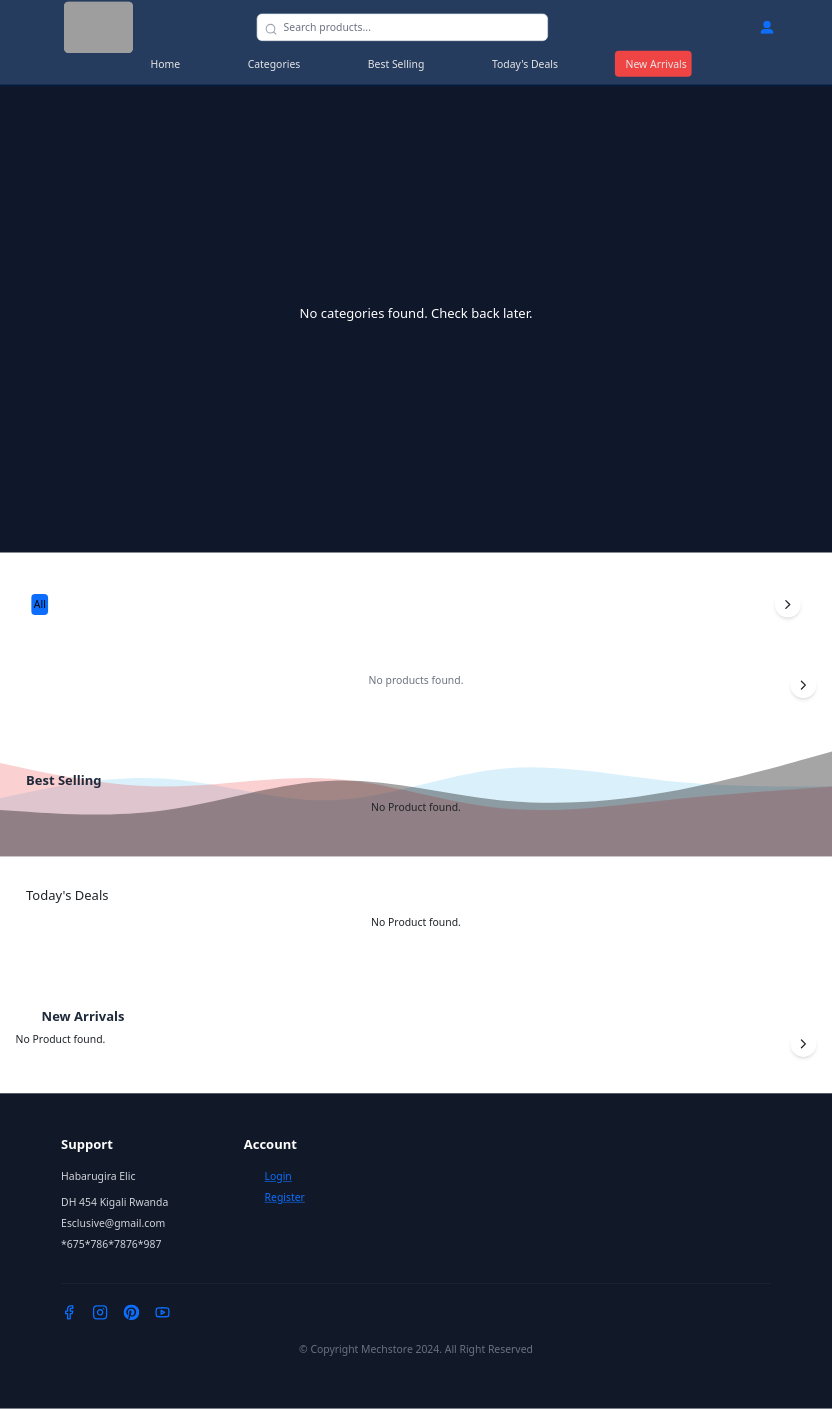
Repository: magicdeveloper250/future
Page: / (app in frontend/)
An editor plug-in stored every save of this project. The page is shown before and after the next save, followed by the edit.
The browser window is 1280 px wide. The pictures show the whole page, at 65% of full size.
Pictures or frames that could not be fetched are drawn as grey boxes. The page's requests for data from a server got no answer. The project was rebuilt for these pictures with package versions that can differ from the ones it lists, and the page was loaded fresh each time. No one was signed in, and anything a server would have sent is missing. Also part of the build but not shown: frontend/vite.config.js, frontend/src/hooks/useUser.js, frontend/src/components/Sidebar.jsx, frontend/src/components/Header.jsx, frontend/src/pages/DashboardPage.jsx, frontend/src/pages/ProductPage.jsx, frontend/src/components/ProductT.jsx, frontend/src/components/Card.jsx and 18 more.

Above is the page before, as saved 2025-03-26 15:47:12.

### frontend/src/index.css
@import url('https://fonts.googleapis.com/css2?family=Lexend:wght@100..900&display=swap');

@tailwind base;
@tailwind components;
@tailwind utilities;
@layer utilities {
    .no-scrollbar::-webkit-scrollbar {
      display: none;
    }
    .no-scrollbar {
      -ms-overflow-style: none;
      scrollbar-width: none;
    }
  }

.index-nav-container{
    display: flex;
    flex-direction: column;
}
.navbar-brand{
    width: 100px;
    height: 50px;
}
.main-container{
display: flex;
flex-direction: column;
margin-top: 130px;
}
.hero{
    display: flex;
    justify-content: space-between;
}
#categories{
    display: flex;
    justify-content: center;
    align-items: center;

}

.orders-container {
    width: 100%;
    display: grid;
    grid-template-columns: repeat(auto-fit, minmax(250px, 1fr));
    place-items: center;
    gap: 1em;
}
.arrivals-container {
    width: 100%;
    display:  flex;
    justify-content: center;
    flex-wrap: wrap;
    align-items: center;

    gap: 1em;
}

@media (max-width: 768px) {
    .main-container {
      display: flex;
      flex-direction: column;
      margin-top: 80px;
    }
  }

### frontend/src/pages/HomePage.jsx
import Sidebar from "../components/Sidebar"
import Card from "../components/Card"
import { BsBag, BsTruck, BsCart4 } from "react-icons/bs";
import FantasticHomeNavbar from "../components/FantasticHomeNavbar/FantasticHomeNavbar"
import Categories from "../components/Categories/Categories"
import NewArrivals from "../components/NewArrivals/NewArrivals"
import HeroCarousel from "../components/HeroCarousel/HeroCarousel";
import Footer from "../components/Footer";
import BestSelling from "../components/BestSelling";
import TodayDeals from "../components/TodayDeals";
function HomePage() {
  return  <>
          <section id="header">
              <FantasticHomeNavbar/>
          </section>

          <div className="main-container">
              <div id="hero" className="flex justify-between">

                   <HeroCarousel/>
              </div>
              <section id="categories">
              <Categories/>
              </section>

              <section id="best-selling">
                <BestSelling/>
              </section>

              <section id="today-deals">
                <TodayDeals/>
              </section>
              <section id="new-arrivals">
                <NewArrivals/>

              </section>
              <section id="footer">
                <Footer/>
              </section>
          </div>




  </>
}

export default HomePage

### frontend/src/contexts/ErrorContext.jsx
import { createContext, useState } from "react";
const ErrorContext = createContext(null);
export const ErrorContextProvider = ({ children }) => {
  const [error, setError] = useState();
  return (
    <ErrorContext.Provider value={{ error, setError }}>
      {children}
    </ErrorContext.Provider>
  );
};

export default ErrorContext;

### frontend/src/contexts/ToastContext.jsx
import { Children, createContext, useState } from "react";

const ToastContext = createContext(null);

export const ToastProvider = ({ children }) => {
  const [toastMessage, setToastMessage] = useState();
  return (
    <ToastContext.Provider value={{ toastMessage, setToastMessage }}>
      {children}
    </ToastContext.Provider>
  );
};

export default ToastContext;

### frontend/src/components/Toast.jsx
import { useEffect, useState } from "react";
import useToast from "../hooks/useToast";

const ToastContainer = ({ position = "bottom-end", className, children }) => {
  const positionClasses = {
    "top-start": "top-0 left-0",
    "top-center": "top-0 left-1/2 -translate-x-1/2",
    "top-end": "top-0 right-0",
    "middle-start": "top-1/2 left-0 -translate-y-1/2",
    "middle-center": "top-1/2 left-1/2 -translate-x-1/2 -translate-y-1/2",
    "middle-end": "top-1/2 right-0 -translate-y-1/2",
    "bottom-start": "bottom-0 left-0",
    "bottom-center": "bottom-0 left-1/2 -translate-x-1/2",
    "bottom-end": "bottom-0 right-0",
  };

  return (
    <div className={`fixed p-3 z-50 ${positionClasses[position]} ${className}`}>
      {children}
    </div>
  );
};

const Toast = ({ onClose, show, delay, autohide, bg, children }) => {
  const bgColors = {
    success: "bg-green-500 text-white",
    danger: "bg-red-500 text-white",
    warning: "bg-yellow-500 text-black",
    info: "bg-blue-500 text-white",
    primary: "bg-blue-600 text-white",
    secondary: "bg-gray-600 text-white",
    light: "bg-gray-100 text-black",
    dark: "bg-gray-800 text-white",
  };

  useEffect(() => {
    if (show && autohide) {
      const timer = setTimeout(() => {
        onClose();
      }, delay);
      return () => clearTimeout(timer);
    }
  }, [show, autohide, delay, onClose]);

  if (!show) return null;

  return (
    <div
      className={`
        rounded shadow-lg min-w-[200px] max-w-[350px]
        transition-opacity duration-300 ease-in-out
        ${bgColors[bg] || bgColors.light}
      `}
    >
      <div className="relative">
        <button
          onClick={onClose}
          className="absolute right-2 top-2 text-current opacity-70 hover:opacity-100"
        >
          ×
        </button>
        <div className="p-3">
          {children}
        </div>
      </div>
    </div>
  );
};

function MyToast() {
  const { toastMessage } = useToast();
  const [show, setShow] = useState(false);

  useEffect(() => {
    setShow(true);
  }, [toastMessage]);

  return (
    toastMessage && (
      <ToastContainer position="bottom-end" className="p-3">
        <Toast
          onClose={() => setShow(false)}
          show={show}
          delay={3000}
          autohide
          bg={toastMessage.variant.toLowerCase()}
        >
          <div>{toastMessage.message}</div>
        </Toast>
      </ToastContainer>
    )
  );
}

export default MyToast;

### frontend/src/contexts/userSessionContext.jsx
import { createContext, useState } from "react";

const userSessionContext = createContext({});
export const AuthProvider = ({ children }) => {
  const [auth, setAuth] = useState();
  return (
    <userSessionContext.Provider value={{ auth, setAuth }}>
      {children}
    </userSessionContext.Provider>
  );
};
export default userSessionContext;

### frontend/src/contexts/MessagesContext.jsx
import { createContext, useState } from "react";

const MessagesContext = createContext(null);

export const MessagesProvider = ({ children }) => {
  const [newMessage, setMessage] = useState([]);
  const setNewMessage = (message) => {
    setMessage((prev) => {
      const isDuplicate = prev.some(msg =>
        JSON.stringify(msg) === JSON.stringify(message)
      );
      return isDuplicate ? prev : [...prev, message];
    });
  };
  const clearMessages = () => {
    setMessage([]);
  };
  return (
    <MessagesContext.Provider value={{ newMessage, setNewMessage, clearMessages }}>
      {children}
    </MessagesContext.Provider>
  );
};

export default MessagesContext;

### frontend/src/components/MessageToast.jsx
import React, { useEffect, useState, useRef } from 'react';
import { X } from 'lucide-react';
import useMessages from '../hooks/useMessages';

const ToastContainer = ({ position = 'bottom-end', children }) => {
  const positionClasses = {
    'top-start': 'top-4 left-4',
    'top-center': 'top-4 left-1/2 -translate-x-1/2',
    'top-end': 'top-4 right-4',
    'middle-start': 'top-1/2 left-4 -translate-y-1/2',
    'middle-center': 'top-1/2 left-1/2 -translate-x-1/2 -translate-y-1/2',
    'middle-end': 'top-1/2 right-4 -translate-y-1/2',
    'bottom-start': 'bottom-4 left-4',
    'bottom-center': 'bottom-4 left-1/2 -translate-x-1/2',
    'bottom-end': 'bottom-4 right-4',
  };

  return (
    <div className={`fixed z-50 ${positionClasses[position]}`}>
      {children}
    </div>
  );
};

const Toast = ({ onClose, show, delay = 3000, autohide = true, variant = 'info', title, children, sound = '/notification.mp3' }) => {
  const audioRef = useRef(null);
  const variants = {
    success: 'bg-green-500 text-white',
    danger: 'bg-red-500 text-white',
    warning: 'bg-yellow-500 text-black',
    info: 'bg-blue-500 text-white',
    primary: 'bg-blue-600 text-white',
    secondary: 'bg-gray-600 text-white',
    light: 'bg-gray-100 text-black',
    dark: 'bg-gray-800 text-white',
  };

  useEffect(() => {
    if (show) {
      audioRef.current?.play().catch(err => console.log('Audio playback failed:', err));

      if (autohide) {
        const timer = setTimeout(() => {
          onClose();
        }, delay);
        return () => clearTimeout(timer);
      }
    }
  }, [show, autohide, delay, onClose]);

  if (!show) return null;

  return (
    <>
      <audio ref={audioRef} src={sound} />
      <div className={`
        transform transition-all duration-300 ease-in-out
        ${show ? 'translate-y-0 opacity-100' : 'translate-y-2 opacity-0'}
        min-w-[320px] max-w-md rounded-lg shadow-lg
        ${variants[variant]}
      `}>
        <div className="relative flex flex-col">
          {title && (
            <div className="px-4 py-2 border-b border-white/20 font-semibold">
              {title}
            </div>
          )}
          <div className="flex items-center p-4">
            <div className="flex-1 mr-4">
              {children}
            </div>
            <button
              onClick={onClose}
              className="p-1 rounded-full hover:bg-black/10 transition-colors duration-200"
              aria-label="Close notification"
            >
              <X className="w-4 h-4" />
            </button>
          </div>
        </div>
      </div>
    </>
  );
};

const MessageToast = () => {
  const { newMessage } = useMessages();
  const [show, setShow] = useState(false);

  useEffect(() => {
    if (newMessage.at(-1)?.message) {
      setShow(true);
    }
  }, [newMessage]);

  return (
    newMessage && (
      <ToastContainer position="bottom-end">
        <Toast
          show={show}
          onClose={() => setShow(false)}
          delay={3000}
          variant="info"
          title="New Message"
          sound="/notification.mp3"
        >
          <div className="font-medium">
            {newMessage.at(-1)?.message}
          </div>
        </Toast>
      </ToastContainer>
    )
  );
};

export default MessageToast;

### frontend/src/Layouts/SearchLayout.jsx
import { useEffect } from "react";
import { Outlet } from "react-router";
import useToast from "../hooks/useToast";
import axios from "../API/axios";
import useSearch from "../hooks/useSearch";

function SearchLayout() {
    const { setProducts } = useSearch();
    const { setToastMessage } = useToast();

    const getProducts = async () => {
        try {
            const resp = await axios.get("/api/product/viewAll-product");
            setProducts(resp.data);
        } catch (error) {
            setToastMessage({
                variant: "danger",
                message: "Failed to fetch data"
            });
        }
    };

    useEffect(() => {
        getProducts();
        const intervalId = setInterval(getProducts, 300000);
        return () => {
            clearInterval(intervalId);
        };
    }, []);

    return <Outlet />;
}

export default SearchLayout;

### frontend/src/contexts/SearchContext.jsx
import { createContext, useState } from "react";

const SearchContext = createContext(null);

export const SearchProvider = ({ children }) => {
  const [products, setProducts] = useState([]);
  return (
    <SearchContext.Provider value={{ products, setProducts }}>
      {children}
    </SearchContext.Provider>
  );
};

export default SearchContext;

### frontend/src/components/Footer.jsx
import React from 'react';
import { Facebook, Instagram, Youtube } from 'lucide-react';
import { Link } from 'react-router';

const PinterestIcon = () => (
  <svg
    viewBox="0 0 24 24"
    className="w-6 h-6"
    fill="currentColor"
  >
    <path d="M12 0a12 12 0 0 0-4.37 23.17c-.1-.937-.2-2.38.042-3.4.217-.937 1.407-5.965 1.407-5.965s-.358-.72-.358-1.78c0-1.67.967-2.915 2.17-2.915 1.024 0 1.518.77 1.518 1.688 0 1.03-.653 2.567-.994 3.995-.285 1.194.6 2.17 1.777 2.17 2.13 0 3.77-2.25 3.77-5.5 0-2.873-2.064-4.882-5.014-4.882-3.414 0-5.418 2.562-5.418 5.207 0 1.03.397 2.138.897 2.738.098.118.112.22.083.338-.092.386-.302 1.23-.343 1.402-.054.223-.18.27-.414.162-1.543-.722-2.507-2.98-2.507-4.798 0-3.788 2.744-7.273 7.905-7.273 4.15 0 7.365 2.953 7.365 6.903 0 4.117-2.595 7.43-6.205 7.43-1.21 0-2.35-.63-2.738-1.373 0 0-.598 2.282-.744 2.84-.27 1.03-1 2.32-1.484 3.105A12 12 0 1 0 12 0z"/>
  </svg>
);

const Footer = () => {
  return (
    <footer className="bg-gray-900 text-gray-300 py-16">
      <div className="container mx-auto px-4">
        <div className="grid grid-cols-1 md:grid-cols-4 gap-8">
          <div>
            <h2 className="text-white text-xl font-semibold mb-4">Support</h2>
            <div className="space-y-2">
              <p>Habarugira Elic</p>
              <p>DH 454 Kigali Rwanda</p>
              <p>Esclusive@gmail.com</p>
              <p>*675*786*7876*987</p>
            </div>
          </div>

          <div>
            <h2 className="text-white text-xl font-semibold mb-4">Account</h2>
            <ul className="space-y-2">
              <li><Link to="login" className="hover:text-white">Login</Link></li>
              <li><Link to="register" className="hover:text-white">Register</Link></li>
            </ul>
          </div>


        </div>

        <div className="mt-12 pt-8 border-t border-gray-800">
          <div className="flex gap-6">
            <a href="#" className="hover:text-white">
              <Facebook className="w-6 h-6" />
            </a>
            <a href="#" className="hover:text-white">
              <Instagram className="w-6 h-6" />
            </a>
            <a href="#" className="hover:text-white">
              <PinterestIcon />
            </a>
            <a href="#" className="hover:text-white">
              <Youtube className="w-6 h-6" />
            </a>
          </div>
        </div>

        <div className="mt-8 text-center text-gray-500">
          <p>© Copyright Mechstore 2024. All Right Reserved</p>
        </div>
      </div>
    </footer>
  );
};

export default Footer;

### frontend/src/components/TodayDeals.jsx
import { useEffect, useState } from "react";
import ProductCard from "./ProductCard";
import axios from "../API/axios";
function TodayDeals() {
 const[products, setProducts]= useState([])
   const getProducts= async()=>{
     try {
         const resp= await axios.get("/api/product/today-deals")
         setProducts(resp.data)

     } catch (error) {

     }
   }
   useEffect(()=>{
    getProducts()
   },[])
  return <div className="w-full flex flex-col my-4 justify-center">

    <div className="w-full flex   gap-2 flex-col my-4">
                <h5 className="ml-10">Today's Deals</h5>
                <div
            className="arrivals-container"
            >
            {products.length>0?products?.map((product, index) => (
                <ProductCard
                product={product}
                key={product.name}
                />
            )):<p className="netflix-no-content">No Product found.</p>}
            </div>
  </div>
  </div>

}

export default TodayDeals;

### frontend/src/components/FantasticHomeNavbar/FantasticHomeNavbar.css
.toolbar-container{
  display:flex;
  justify-content: space-between;
  gap: 2rem;
  margin-bottom: 1rem;
}

.search-box *, .search-box{
  background-color: #111C2F;

}
.search-box{
  border: 1px solid white;
  border-radius: 20px;
}
.search-box input:focus{
    background-color: white;
    color: black;
    padding: 10px;
    border-radius: 10px;


}
.fantstic-nav-container {
    position: relative;
    display: flex;
    flex-direction: column;

  }
  .navbar-container{
    display: flex;
    flex-direction: column;
  }
  .fantstic-nav-container .links-container {
    display: flex;
    justify-content: space-evenly;
    align-items: center;
    gap: 1rem;
    list-style: none;
    padding: 0;
    margin: 0;
  }
  .menu-text{
    background:linear-gradient(45deg, var(--primary-site-color), rgba(0, 0, 0, 0.599));

  }

  .link-item {
    padding: 0 1em;
  }
  .login-text{
    display: none;
  }
  .link-item a {
    text-decoration: none;
    font-size: var(--font-size-md);
    color: rgb(231, 230, 230);
  }

  .link-item a.active {

    color:  white;
    background-color: #101223;
    padding: 15px;
    border-top-left-radius: 15px;
    border-top-right-radius: 15px;

  }

  .menu-close{
    display: none;
  }
  .link-item.btn{
    background-color: rgb(231, 230, 230);
    border: none;
    padding-inline: 20px;
    padding-block: 8px;
    color: black;
    font-size: var(--font-size-sm);
    border-radius: 50px;
  }
  .link-item.btn:hover{
    opacity: 0.7;
  }



  .mobile-menu-btn{
    display: none !important;
    width: fit-content;
    margin-inline: 1em;
  }

  .navbar-container {
    display: flex;
    align-items: center;
    justify-content: space-between;
    background-color: transparent;
    position: fixed;
    top: 0;
    width: 100%;
    z-index: 10000;
    padding: 10px 1px;
    background-color:rgba(3, 30, 70, 0.862);

  }



  .navbar-container.scrolled{
    background-color: #111C2F;

  }


  .mobile-drawer{
    background-color:rgba(3, 30, 70, 0.862) ;
    height: 100%;
  }
  @media (max-width: 768px) {


    .navbar-container .nav-header{
      font-size: 0.9em;
     }
     .navbar-brand{
      width: 70%;
     }

    .mobile-menu-btn{
      display: block !important;
      color: rgba(255, 255, 255, 0.84);
    }


    .fantstic-nav-container .links-container{
      display: none;


    }
    .search-controls{
      display: flex;
      flex-direction: column;
      justify-content: start;
      align-items: center;
    }
    .toolbar-container{
      display: flex;
      width: 100vw;
      padding-inline: 0px;
      justify-content: start;
      align-items: center;
      gap: 10px;
    }





  }

### frontend/src/components/CategoriesScroller/CategoriesScroller.jsx
import { useEffect, useMemo, useRef, useState } from "react";
import { ChevronLeft, ChevronRight } from "lucide-react";

const CARD_WIDTH = 200;

const CategoriesScroller = ({categories=[], onSelectCategory}) => {

  const [selectedFilter, setSelectedFilter] = useState("All");
  const containerRef = useRef();

  const [scrollPosition, setScrollPosition] = useState(0);
  const [hideRight, setHideRight] = useState(false);




  const scroll = (direction) => {
    if (containerRef.current) {
      const scrollAmount = direction === 'left' ? -CARD_WIDTH : CARD_WIDTH;
      containerRef.current.scrollBy({ left: scrollAmount, behavior: 'smooth' });
    }
  };



  useEffect(() => {
    const container = containerRef.current;
    const updateScroll = () => {
      const maxScrollLeft = container.scrollWidth - container.clientWidth;
      setScrollPosition(container.scrollLeft);
      setHideRight(container.scrollLeft >= maxScrollLeft - 1);
    };

    container.addEventListener("scroll", updateScroll);
    return () => container.removeEventListener("scroll", updateScroll);
  }, []);
useEffect(()=>{
    onSelectCategory(selectedFilter)
},[selectedFilter])
  return (
    <div className="w-full px-4 py-8">

        <div className="relative">
        <button
          onClick={() => scroll('left')}
          className={`absolute left-0 top-1/2 -translate-y-1/2 z-10 p-2 rounded-full bg-white shadow-md hover:bg-gray-100 transition-opacity ${
            scrollPosition > 0 ? "opacity-100" : "opacity-0"
          }`}
          disabled={scrollPosition <= 0}
        >
          <ChevronLeft className="w-6 h-6" />
        </button>

        <div
          ref={containerRef}
          className="flex gap-1 overflow-x-auto scroll-smooth no-scrollbar"
          style={{
            scrollSnapType: "x mandatory",
            scrollBehavior: "smooth",
            WebkitOverflowScrolling: "touch",
          }}
        >
          {categories.length > 0 ? (
             categories.map((type) => (
              <button
                key={type}
                onClick={() => setSelectedFilter(type)}
                className={`p-1 rounded-md transition-colors ${
                  selectedFilter === type
                    ? "bg-primary text-black"
                    : "bg-gray-100 hover:bg-gray-200 text-gray-800"
                }`}
              >
                {type}
              </button>
            ))
          ) : (
            <p className="text-gray-500 text-center w-full py-8">
              No categories found.
            </p>
          )}
        </div>

        <button
          onClick={() => scroll('right')}
          className={`absolute right-0 top-1/2 -translate-y-1/2 z-10 p-2 rounded-full bg-white shadow-md hover:bg-gray-100 transition-opacity ${
            !hideRight ? "opacity-100" : "opacity-0"
          }`}
          disabled={hideRight}
        >
          <ChevronRight className="w-6 h-6" />
        </button>
      </div>

        </div>

  );
};

export default CategoriesScroller;

Loaded but not shown: frontend/index.html (common file); frontend/src/main.jsx (common file); frontend/src/hooks/useUserAxios.js (43 lines, source omitted); frontend/src/hooks/useRefreshToken.js (24 lines, source omitted); frontend/tailwind.config.js (18 lines, source omitted); frontend/src/API/axios.js (12 lines, source omitted); frontend/src/hooks/useAuth.js (7 lines, source omitted); frontend/src/hooks/useMessages.js (8 lines, source omitted); frontend/src/hooks/useSearch.js (8 lines, source omitted); frontend/src/hooks/useToast.js (8 lines, source omitted); frontend/src/components/HeroCarousel/HeroCarousel.jsx (254 lines, source omitted); frontend/src/components/FantasticHomeNavbar/FantasticHomeNavbar.jsx (181 lines, source omitted); frontend/src/components/SearchBar.jsx (162 lines, source omitted); frontend/src/components/Categories/Categories.jsx (136 lines, source omitted); frontend/src/App.jsx (83 lines, source omitted); frontend/src/components/NewArrivals/NewArrivals.jsx (106 lines, source omitted); frontend/src/components/BestSelling.jsx (91 lines, source omitted)

After the next save:
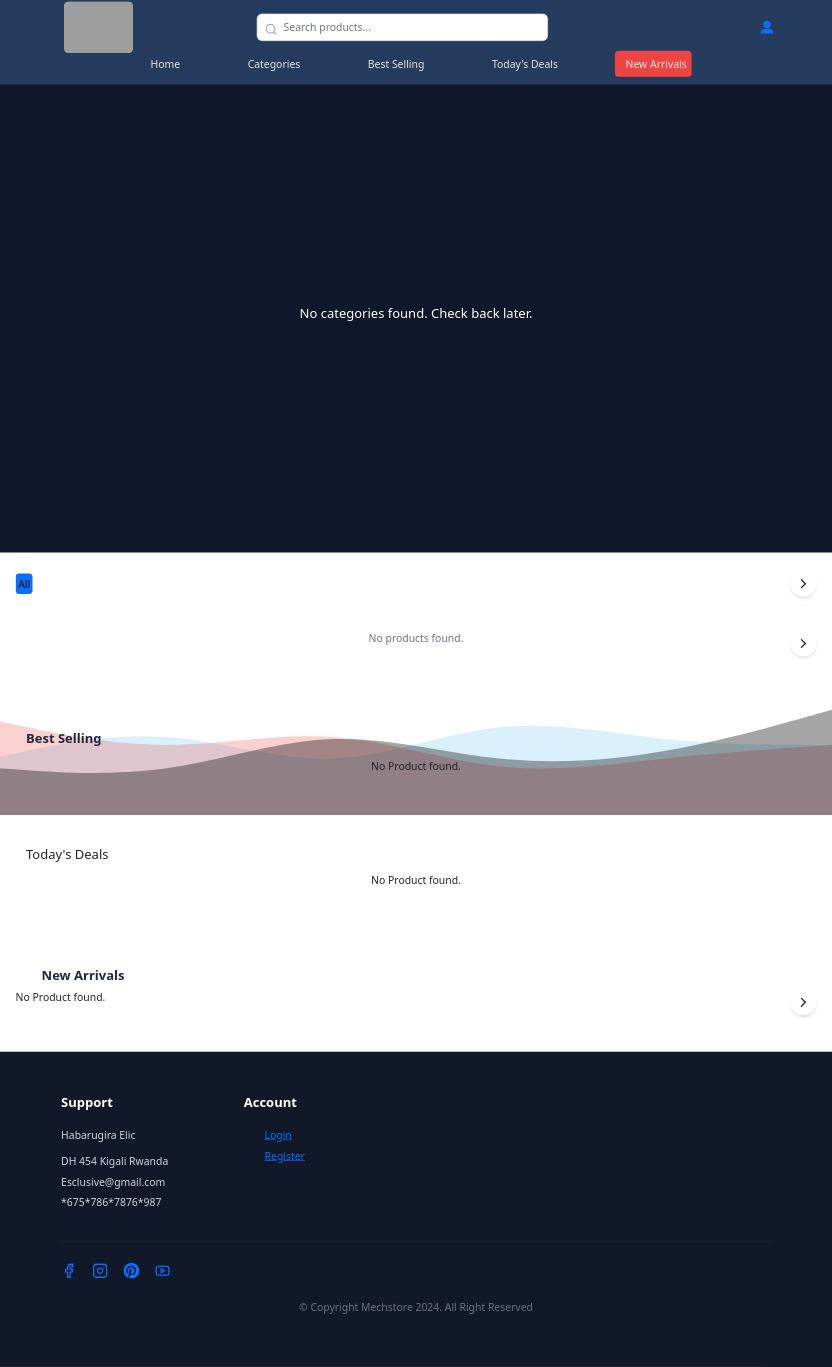
Saved 65 s later.
--- a/frontend/src/components/CategoriesScroller/CategoriesScroller.jsx
+++ b/frontend/src/components/CategoriesScroller/CategoriesScroller.jsx
@@ -38,7 +38,7 @@ useEffect(()=>{
     onSelectCategory(selectedFilter)
 },[selectedFilter])
   return (
-    <div className="w-full px-4 py-8">
+    <div className="w-full">
 
         <div className="relative">
         <button
